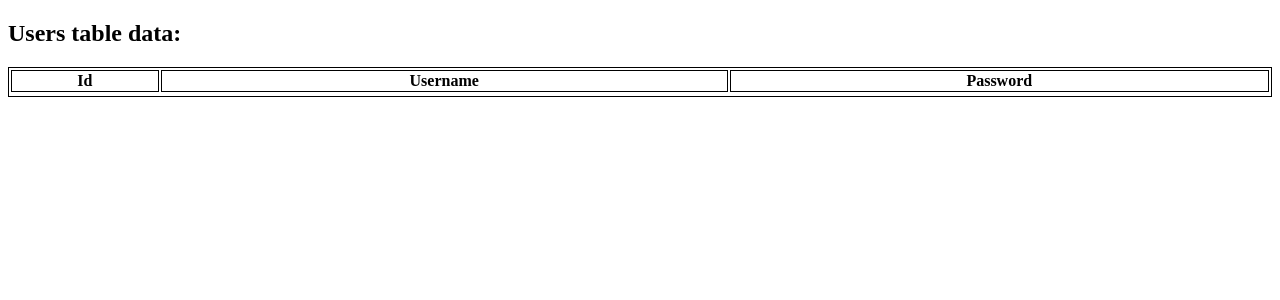
Repository: Rishicollinz/Java_Fullstack
Page: http://localhost/jsp3/display.jsp
An editor plug-in stored every save of this project. The page is shown before and after the next save, followed by the edit.
The browser window is 1280 px wide. The pictures show the whole page.
The page is served by Tomcat 9. Queries for data that is not in the repository find no rows.

Above is the page before, as saved 2023-05-18 16:07:53.

### Eclipse 2/jsp3/src/main/webapp/display.jsp
<%@ page language="java" contentType="text/html; charset=UTF-8"
    pageEncoding="UTF-8"%>
<!DOCTYPE html>
<html>
<style>
table, th, td {
  border:1px solid black;
}
</style>
<body>

<h2>Users table data:</h2>

<table style="width:100%">
  <tr>
    <th>Id</th>
    <th>Username</th>
    <th>Password</th>
   <tr>
   <%@ page import="java.sql.*" %>
	<%@ page import="javax.sql.*" %>
   <%
    Class.forName("com.mysql.cj.jdbc.Driver");
	final String db_url="jdbc:mysql://localhost:3306/db3";
	final String user="root";
	Connection con=null;
	con=DriverManager.getConnection(db_url, user, "");

	String qry="Select * from users";
	PreparedStatement prt=con.prepareStatement(qry);
	ResultSet rs=prt.executeQuery();

	while(rs.next()){
		%>
		<tr>
			<td><%=rs.getInt(1) %></td>
			<td><%=rs.getString(2) %></td>
			<td><%=rs.getString(3) %></td>

		</tr>
		<%

	}
   %>
</table>

</body>
</html>

After the next save:
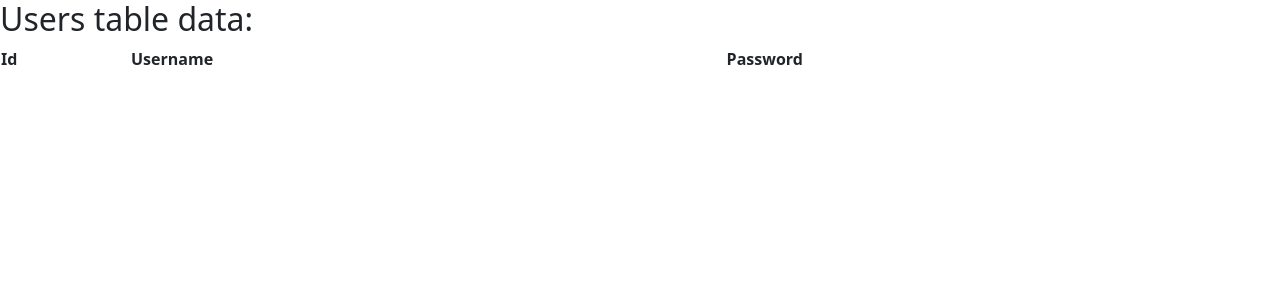
Saved 2 min 42 s later.
--- a/Eclipse 2/jsp3/src/main/webapp/display.jsp
+++ b/Eclipse 2/jsp3/src/main/webapp/display.jsp
@@ -2,11 +2,11 @@
     pageEncoding="UTF-8"%>
 <!DOCTYPE html>
 <html>
-<style>
-table, th, td {
-  border:1px solid black;
-}
-</style>
+<meta charset="utf-8">
+  <meta name="viewport" content="width=device-width, initial-scale=1">
+  <link href="https://cdn.jsdelivr.net/npm/bootstrap@5.2.3/dist/css/bootstrap.min.css" rel="stylesheet">
+  <script src="https://cdn.jsdelivr.net/npm/bootstrap@5.2.3/dist/js/bootstrap.bundle.min.js"></script>
+
 <body>
 
 <h2>Users table data:</h2>
